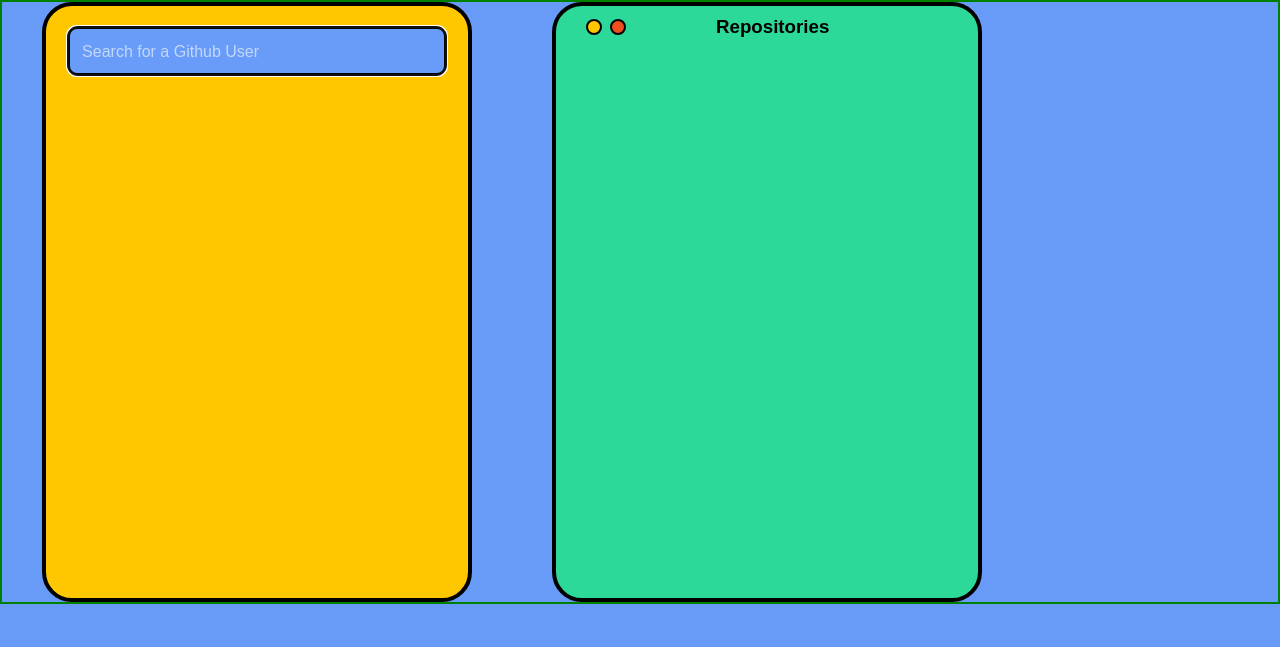
Repository: ThisIsSahaj/Js-Projects
Page: GitHubSearch/index.html
These files come from the project's save history. The page is drawn as it stood at one moment and after the next save; the edit follows.
The browser window is 1280 px wide. The pictures show the whole page.
The page's requests for data from a server got no answer.

Above is the page before, as saved 2024-04-25 22:08:08.

### GitHubSearch/index.html
<!DOCTYPE html>
<html lang="en">

<head>
    <meta charset="UTF-8" />
    <meta name="viewport" content="width=device-width, initial-scale=1.0" />
    <title>Github Profiles</title>
    <link rel="stylesheet" href="style.css" />
    <link rel="stylesheet" href="https://cdnjs.cloudflare.com/ajax/libs/font-awesome/6.0.0/css/all.min.css" integrity="sha512-9usAa10IRO0HhonpyAIVpjrylPvoDwiPUiKdWk5t3PyolY1cOd4DSE0Ga+ri4AuTroPR5aQvXU9xC6qOPnzFeg==" crossorigin="anonymous" referrerpolicy="no-referrer" />

    <script src="app.js" defer></script>
</head>

<body>
    <!-- <div class="container"> -->
   <div class="main">
        <div class="leftBox box">
            <div class="inputBox">
                    <input type="text" id="search" autofocus placeholder="Search for a Github User" />
            </div>
                <div class="profile">

                </div>

        </div>

        <div class="rightBox box ">
            <div class="rightUi">

                <div style="display: flex; gap: 8px; justify-content: start; margin-right: 90px;">

                    <span style=" background-color: #FFC700; border: 2px solid black;"></span>
                    <span style=" background-color: #EF4F1E; border: 2px solid black;" ></span>
                </div>
                <h3>Repositories</h3>
            </div>
            <div class="repositories scrollbar">
        </div>
        </div>
    </div>
    <!-- </div> -->
</body>

</html>

### GitHubSearch/style.css
* {
    box-sizing: border-box;
    padding: 0;
    margin: 0;
    font-family: 'whyte', Arial, Helvetica, sans-serif;
}


body{
    background-color: #689BF7;
    display: flex;
    justify-content: center;
    align-items: center;
    border: 2px solid green;
}

/* CURSORS */
html{
    cursor: url('/assets/images/PointerBody.png'), auto;
}

 .repo, .repo p {
    cursor: url('/assets/images/PointerHover.png'), auto;
}

input, p, h3 {
    cursor: url('/assets/images/PointerText.png'), auto;

}

.main{
    width: 100%;
    height: 100%;
    display: flex;
}

.container{
    border: 4px solid black;
    /* background-color: white; */
    width: 100%;
    /* width: 1300px; */
    height: 100%;
    /* padding: 40px; */
    border-radius: 30px;
    position: absolute;
    top: 50%;
    left: 50%;
    transform: translate(-50%,-50%);
    display: flex;
    justify-content: center;
    align-items: center;
    /* overflow: auto; */
}

.box{
    border: 4px solid black;
    /* width: 30%; */
    width: 430px;
    /* height: 80%; */
    margin: 0px 40px;
    /* margin-top: 120px; */
    height: 600px;
    border-radius: 30px;
    background-color: #C8B8FF;
    position: relative ;
    text-align: center;

}

.leftBox{
    background-color:  #FFC700;
}
.rightBox{
    background-color: #2DD998;
    padding: 0px  30px;
}

.inputBox{
    height: 15%;
}
input{
    border: 3px solid black;
    border-radius: 10px;
    width: 90%;
    height: 50px;
    margin-top: 20px;
    padding: 12px;

    background-color: #699CF8;
    font-size: 18px;
    font-weight: 600;

}

::placeholder {
    color: white;
    opacity: 0.6;
    font-weight: 300;
    font-size: 16px;
  }

.profile{
    height: 80%;
}

.about{
    height: 60%;
    padding: 20px;
    display: flex;
    flex-direction: column;
    gap: 10px;
    justify-content: space-around;
    align-items: center;
}
.profileImg{
    border: 4px solid black;
    border-radius: 50%;
    height: 190px;
    width: 190px;
    display: flex;
    justify-content: center;
    align-items: center;
    background-color: #2DD998;
}

img{
    border: 4px solid black;
    border-radius: 50%;
    height: 170px;
    width: 170px;
}

.about h3{
    background-color: white;
    border: 3px solid black;
    border-radius: 6px;
    padding: 4px;
    max-width: 300px;
    max-height: 70px;
}

.details{
    height: 40%;
    padding: 20px;
    display: flex;
    flex-direction: column;
    justify-content: space-around;
    align-items: center;
}

.bio{
    border: 4px solid black;
    border-radius:8px;
    max-height: 50%;
    overflow: auto;
    background-color: white;
    padding: 8px;
    text-align: justify;
    font-weight: 500;
    line-height: 18px;
}

.bio::-webkit-scrollbar {
    display: none;
  }

.followers{
    width: 100%;
    height: 40px;
    display: flex;
    justify-content: space-around;
    align-items: center;
    padding: 4px;
    background-color: #699CF8;
    border: 3px solid black;
    border-radius: 8px;
    font-weight: 600;
    color: white;
}


.rightUi{
    display: flex;
    justify-content: start;
    align-items: center;
    margin-top: 10px;
}

.rightUi span{
    border-radius: 50%;
    width: 16px;
    height: 16px;
}

.repositories{
    overflow: auto;
    margin-top: 10px;
    padding: 0px 10px 0px 0px;
    height: 90%;
}

.scrollbar::-webkit-scrollbar {
    width: 12px;
}

.scrollbar::-webkit-scrollbar-track {
    background-color: transparent;
    border-radius: 8px;
}

.scrollbar::-webkit-scrollbar-thumb {
    background-color: white;
    border: 2px solid black;
    border-radius: 8px;
}


.repo{
    background-color: white;
    border: 3px solid black;
    height: 50px;
    border-radius: 6px;
    font-weight: 600;
    font-size: 18px;
    margin-top: 16px;
    display: flex;
    align-items: center;
    justify-content: center;
    text-decoration: none;
    color: black;


}

@media (max-width: 1024px){

 .box{
    /* width: 30%; */
    width: 370px;
    height: 500px;
    /* height: 80%; */
    margin: 0px 40px;
 }
}
@media (max-width: 900px){

    .container{
        /* flex-direction: column; */
    }
 .box{
    /* width: 30%; */
    width: 320px;
    height: 500px;
    /* height: 80%; */
    margin: 0px 40px;
 }
 .followers p{
    font-size: 14px;

 }
}

@media (max-width: 820px){
  body{
    display: flex;
    flex-direction: column;
  }
}

### GitHubSearch/app.js
const APIURL = 'https://api.github.com/users/';

const leftBox = document.querySelector('.profile');
const rightBox = document.querySelector('.rightBox');
const input = document.querySelector('input');
const repositories = document.querySelector('.repositories');

const getUser = async (username) => {

    //fetching data
    const response = await fetch(APIURL + username);

    //converting response into json
    const data = await response.json();

    console.log(data);



const leftBoxHtmlData = `

<div class="about">
<div class="profileImg">
<img src= "${data.avatar_url}" alt="avatar">
                </div>
                <h3>${data.name}</h3>
                </div>
            <div class="details">
            <div class="bio ">
                <p>${data.bio}</p>
                </div>
                <div class="followers">
                <p> ${data.followers} Followers</p>
                •
                <p> ${data.following} Following </p>
                •
                <p> ${data.public_repos} Repositories </p>

              </div>
              </div>

              `

getRepos(username);
// leftBox.insertAdjacentHTML("beforeend",leftBoxHtmlData);
leftBox.innerHTML = leftBoxHtmlData;


}


const getRepos = async (username) => {
    repositories.innerHTML = '';

    const response = await fetch(APIURL + username + '/repos');
    const data = await response.json();

    console.log(data);

    data.forEach((curRepo) => {

        const repo = document.createElement('a'); //creating anchor tag
        repo.classList.add('repo');     // adding class
        repo.href = curRepo.svn_url ;   // repo url
        repo.target = '_blank';         // open in new tab
        repo.innerText = curRepo.name;  // repo name

        repositories.appendChild(repo);

    });
}

input.addEventListener('keyup', (event)=>{

    if(event.key == 'Enter')
    {

        if(input.value.length > 0)
        {
            console.log(input.value);
            getUser(input.value);
            input.value = "";

        }
    }
})


getUser('ThisIsSahaj');

After the next save:
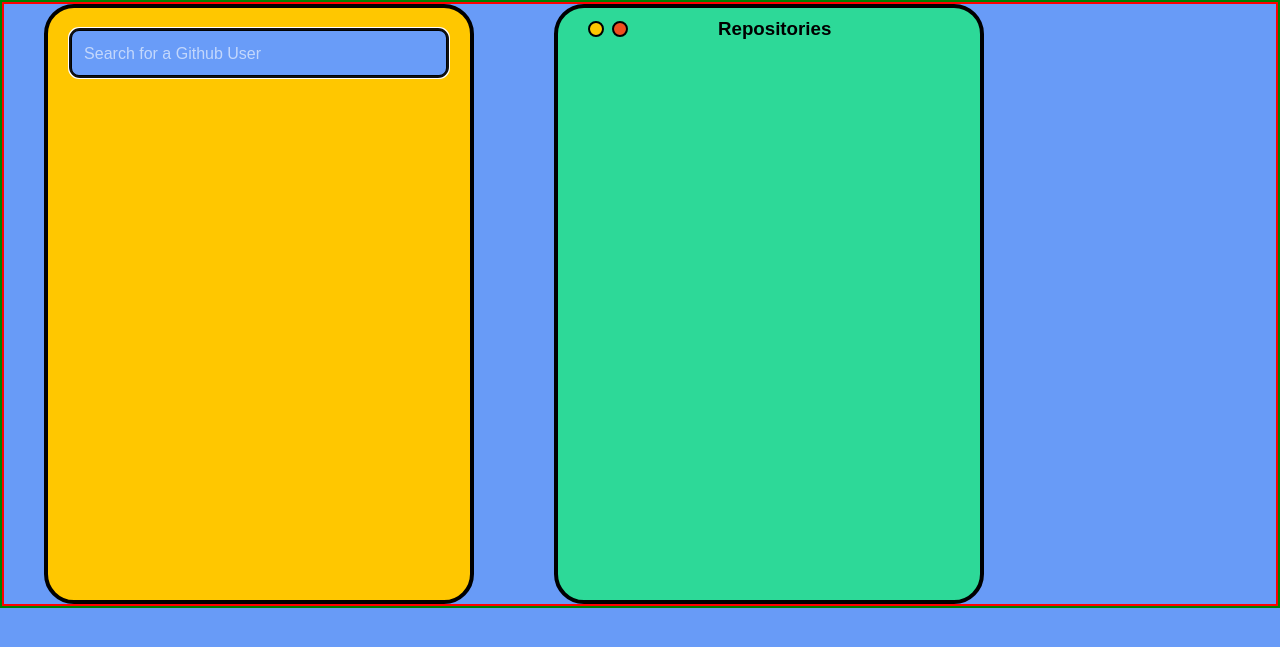
Saved 14 s later.
--- a/GitHubSearch/style.css
+++ b/GitHubSearch/style.css
@@ -32,6 +32,7 @@ input, p, h3 {
     width: 100%;
     height: 100%;
     display: flex;
+    border: 2px solid red;
 }
 
 .container{
